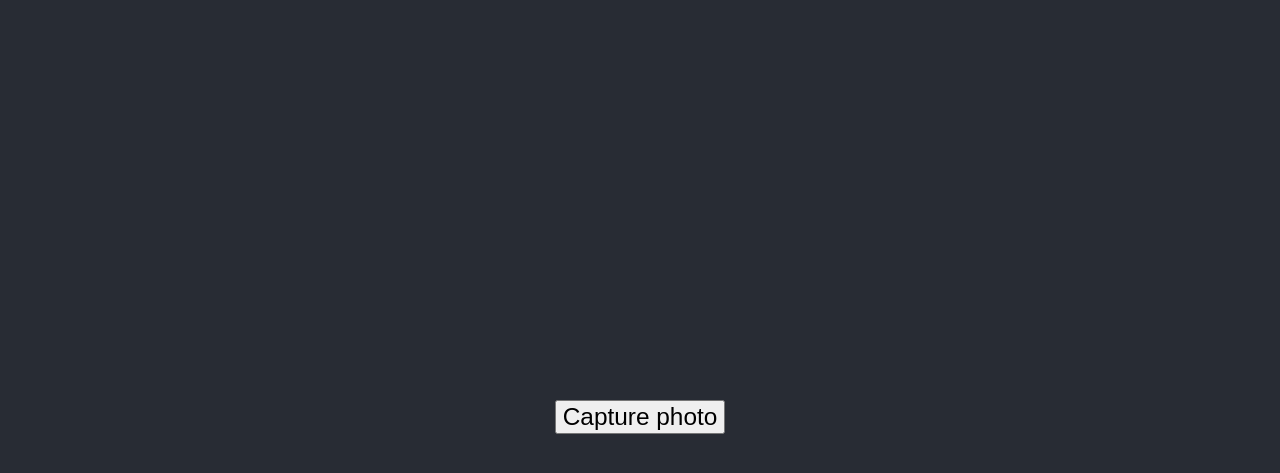
Repository: dracero/blazefacedetection
Page: /
An editor plug-in stored every save of this project. The page is shown before and after the next save, followed by the edit.
The browser window is 1280 px wide. The pictures show the whole page.
The page's requests for data from a server got no answer. The project was rebuilt for these pictures with package versions that can differ from the ones it lists, and the page was loaded fresh each time. No one was signed in, and anything a server would have sent is missing. Also part of the build but not shown: vite.config.js.

Above is the page before, as saved 2022-05-23 15:23:53.

After the next save:
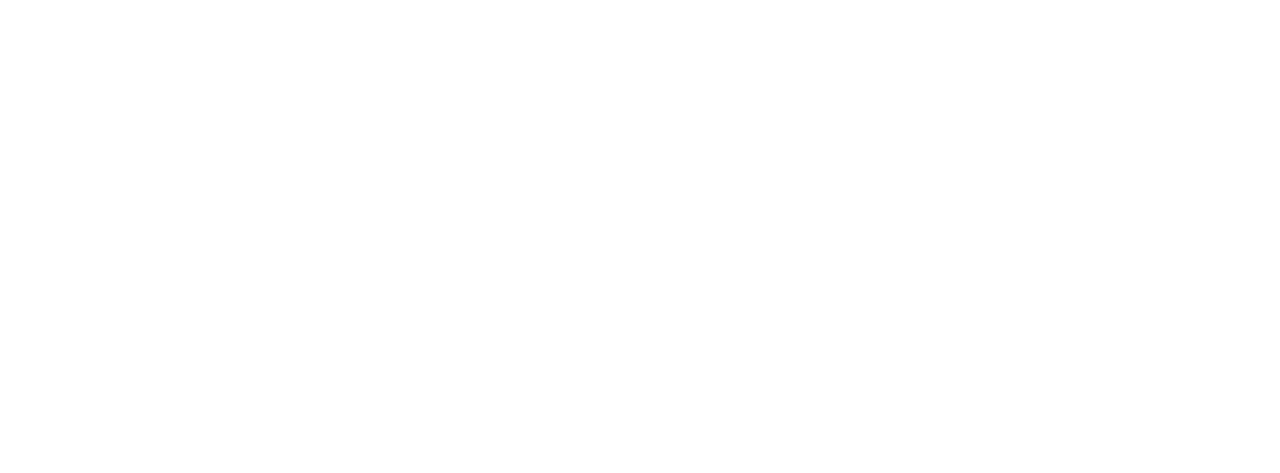
Console error: ReferenceError: getScreenshot is not defined
Saved 80 s later.
--- a/src/App.jsx
+++ b/src/App.jsx
@@ -26,7 +26,7 @@
             const imageSrc = getScreenshot()
           }}
         >
-          Capture photo
+          Photo
         </button>
       )}
     </Webcam>
@@ -36,6 +36,7 @@
     <div className="App">
       <header className="App-header">
       {WebcamCapture()}
+      {getScreenshot()}
       </header>
     </div>
   )

After the 2 saves that followed:
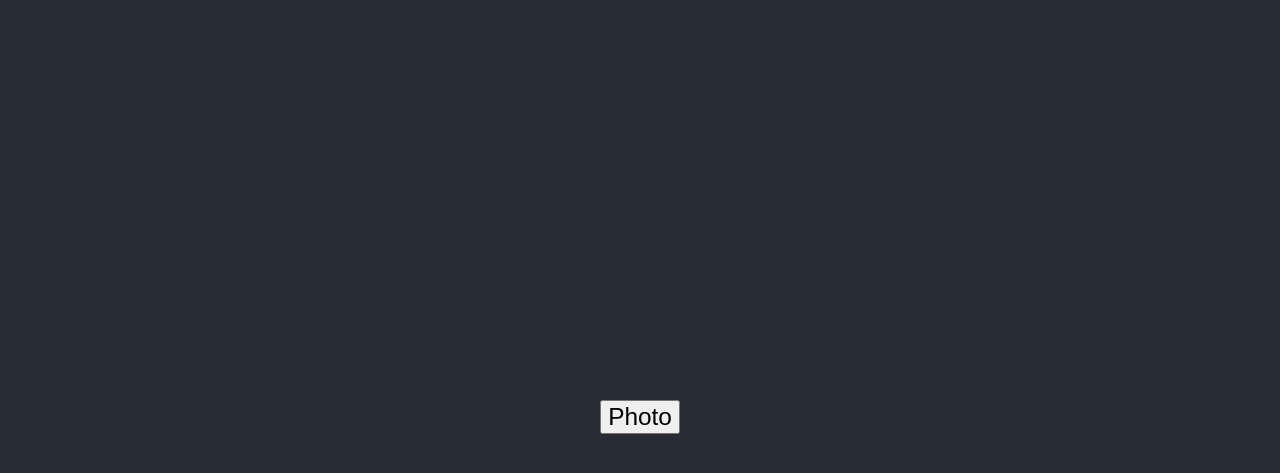
The error is gone.
The 2 saves are shown as one change because 1 left the picture as it was.
The last was saved 119 s later.
--- a/src/App.jsx
+++ b/src/App.jsx
@@ -36,7 +36,7 @@
     <div className="App">
       <header className="App-header">
       {WebcamCapture()}
-      {getScreenshot()}
+
       </header>
     </div>
   )
